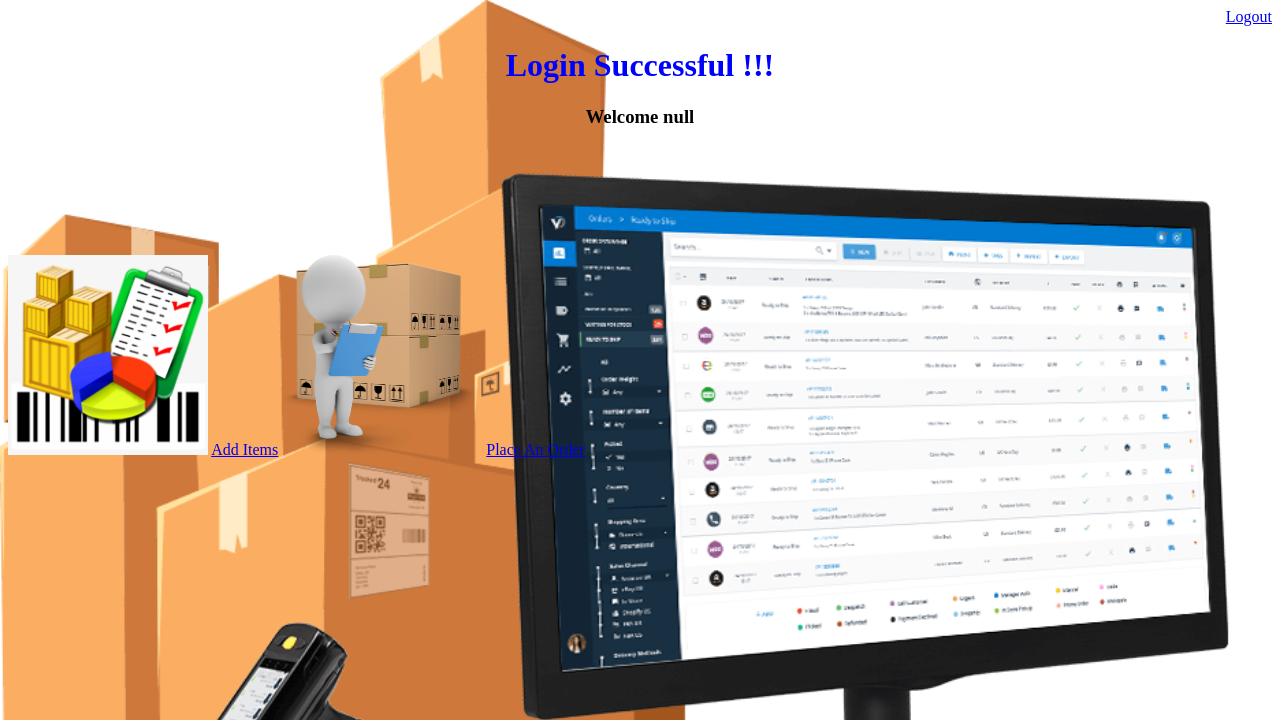
Repository: nirmaniPathiranage/CSSE-Procurement-Management
Page: http://localhost/Item_Management/Home.jsp
These files come from the project's save history. The page is drawn as it stood at one moment and after the next save; the edit follows.
The browser window is 1280 px wide. The pictures show the whole page.
The page is served by Tomcat 9. Other server files are loaded and not shown.

Above is the page before, as saved 2019-09-30 07:46:16.

### Item_Management/WebContent/Home.jsp
<%@ page language="java" contentType="text/html; charset=ISO-8859-1"
	pageEncoding="ISO-8859-1"%>
<!DOCTYPE html>
<html>
<head>
<meta http-equiv="Content-Type" content="text/html; charset=ISO-8859-1">
<title>Home Page</title>
<style>
body{

	background:url('bg4.png');
	background-size: cover;
}
</style>
</head>
<body>
	<div style="text-align: right">
		<a href="LogoutServlet">Logout</a>
	</div>
	<center>
		<h1>
			<font style="color: blue">Login Successful !!!</font>
		</h1>
	</center>
	<center>
		<h3>
			Welcome
			<%=session.getAttribute("userName")%>
		</h3>
		</center>
		<br><br><br><br><br><br>
<img src = "sales.png.jpg" height = "200px" width = "200px">
<a href = "AddItem.jsp">Add Items</a>
<img src = "warehouse-inventory-icon-6.png" height = "200px" width = "200px">
<a href = "PlaceOrder.jsp">Place An Order</a>
<br><br><br><br><br><br>
</body>
</html>

After the next save:
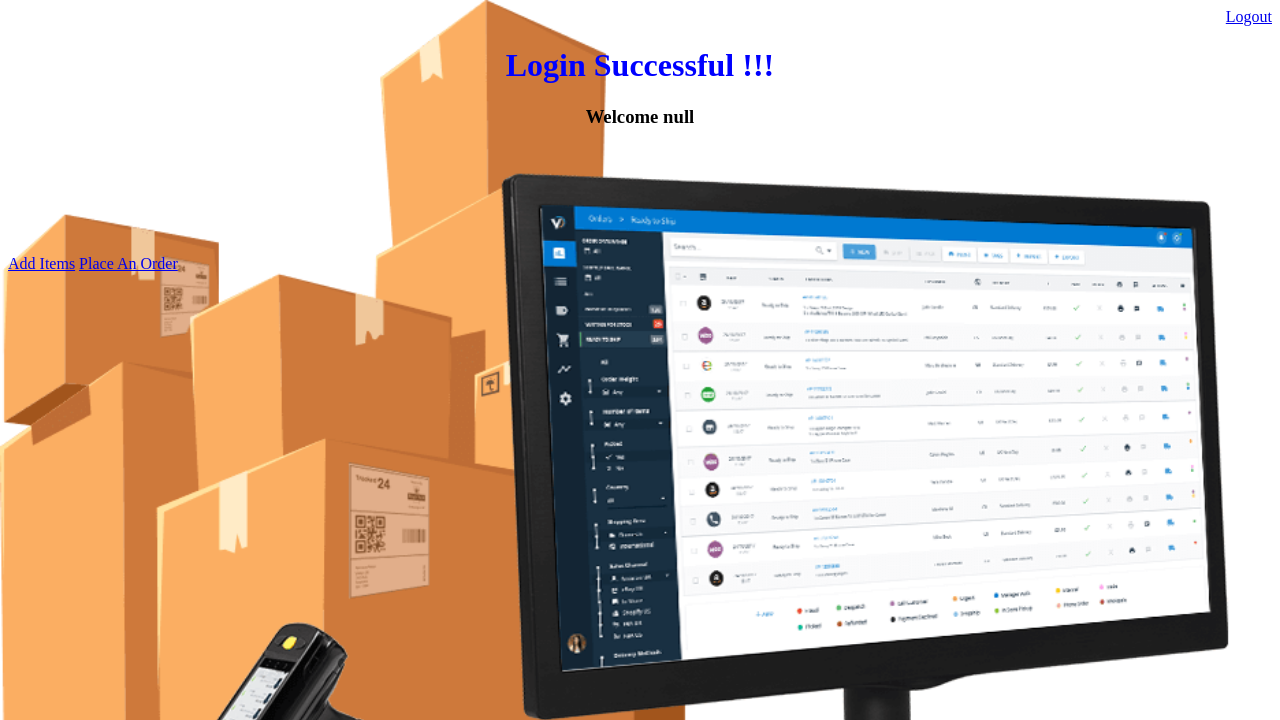
Saved 2 min 5 s later.
--- a/Item_Management/WebContent/Home.jsp
+++ b/Item_Management/WebContent/Home.jsp
@@ -29,9 +29,7 @@ body{
 		</h3>
 		</center>
 		<br><br><br><br><br><br>
-<img src = "sales.png.jpg" height = "200px" width = "200px">
 <a href = "AddItem.jsp">Add Items</a>
-<img src = "warehouse-inventory-icon-6.png" height = "200px" width = "200px">
 <a href = "PlaceOrder.jsp">Place An Order</a>
 <br><br><br><br><br><br>
 </body>
